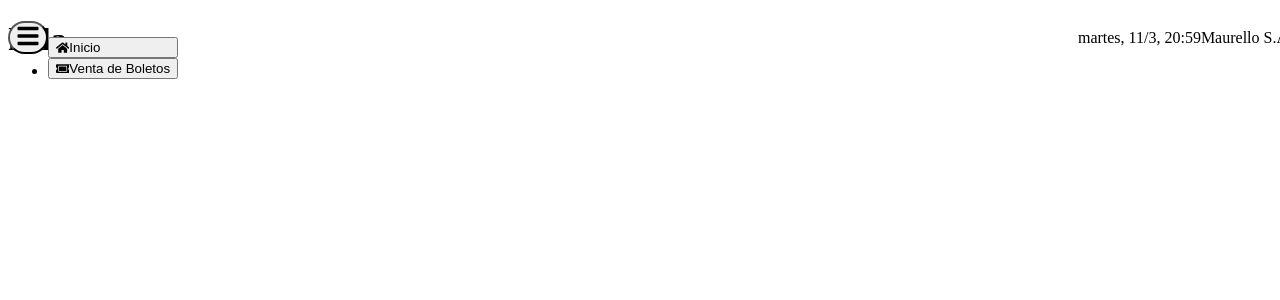
Repository: francoluca35/ventaboletos
Page: /
An editor plug-in stored every save of this project. The page is shown before and after the next save, followed by the edit.
The browser window is 1280 px wide. The pictures show the whole page.
The project was rebuilt for these pictures with package versions that can differ from the ones it lists, and the page was loaded fresh each time. The framework's server and built-in components were replaced by stand-ins that run in the browser. Also part of the build but not shown: next.config.mjs.

Above is the page before, as saved 2025-03-17 16:45:18.

After the next save:
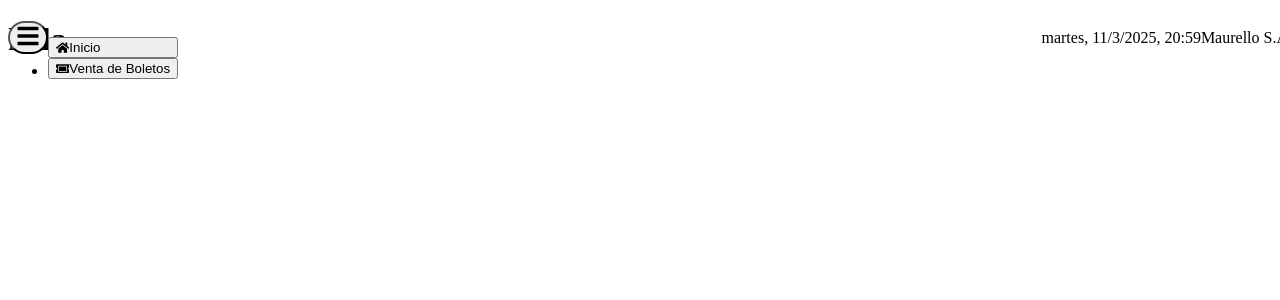
Saved 7 s later.
--- a/src/app/components/Sidebar.js
+++ b/src/app/components/Sidebar.js
@@ -22,7 +22,7 @@
   };
 
   const formatDate = (date) => {
-    return date.toLocaleDateString("es-ES", { weekday: "long", day: "numeric", month: "numeric", years:"numeric" });
+    return date.toLocaleDateString("es-ES", { weekday: "long", day: "numeric", month: "numeric", year:"numeric" });
   };
 
   const handleNavigation = (path) => {
